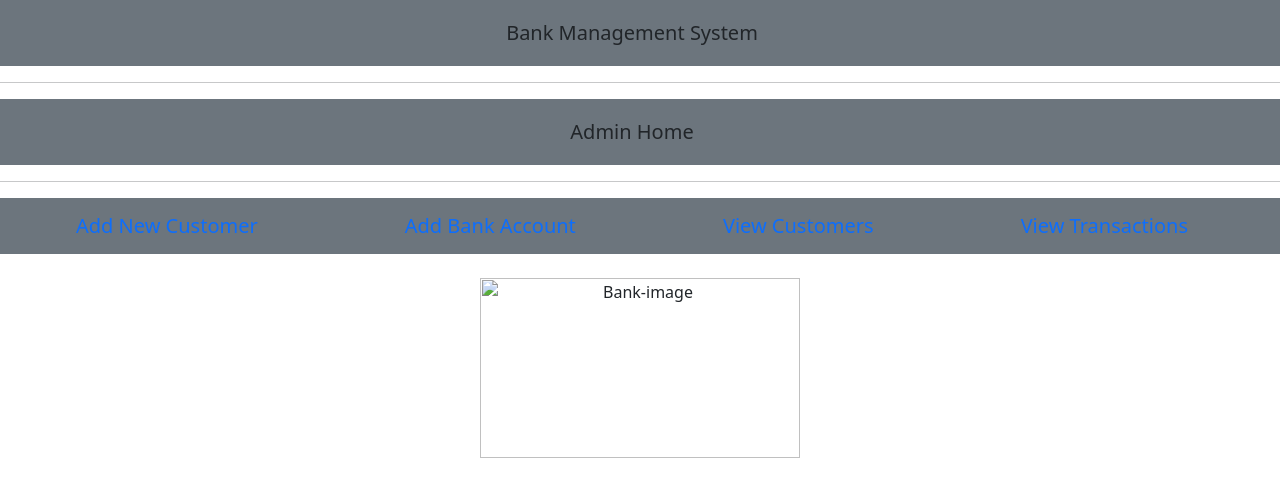
Repository: RMVLajaykumar/monojavaee
Page: http://localhost/13-bankapplication-demo/admin.jsp
These files come from the project's save history. The page is drawn as it stood at one moment and after the next save; the edit follows.
The browser window is 1280 px wide. The pictures show the whole page.
The page is served by Tomcat 9. Nobody is signed in. The application's start-up code is not run.

Above is the page before, as saved 2024-07-19 17:40:10.
Not found: 13-bankapplication-demo/13-bankapplication-demo/includes/bank.jpeg

After the next save:
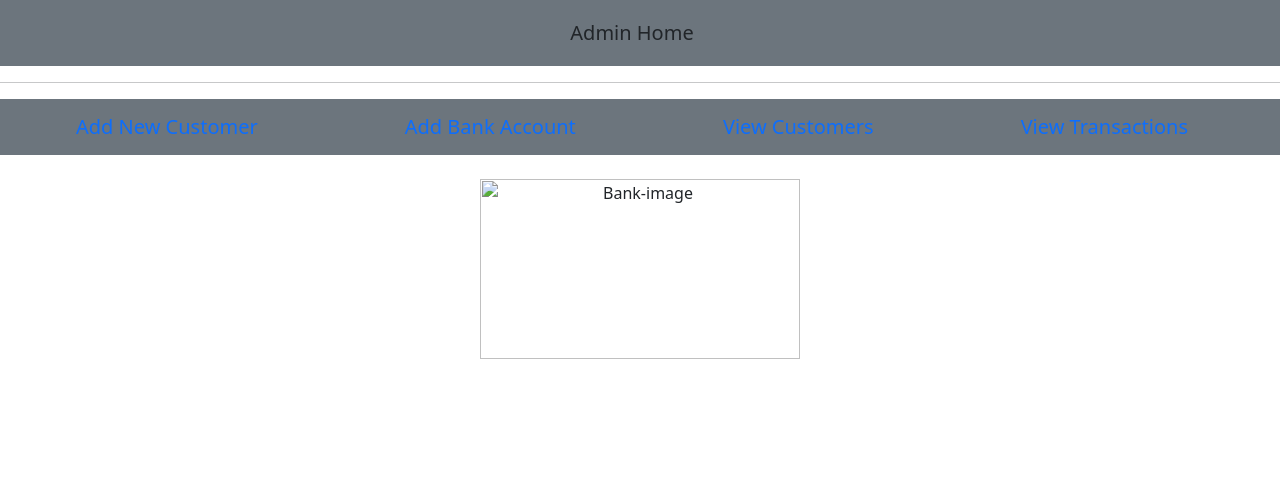
Saved 6 min 7 s later.
--- a/13-bankapplication-demo/WebContent/admin.jsp
+++ b/13-bankapplication-demo/WebContent/admin.jsp
@@ -13,14 +13,6 @@
 <title>Insert title here</title>
 </head>
 <body>
-  <nav class="navbar bg-secondary">
-    <div
-      class="container-fluid d-flex justify-content-center align-items-center">
-      <h1 class="navbar-brand my-2">Bank Management System</h1>
-    </div>
-  </nav>
-
-  <hr />
 
   <nav class="navbar bg-secondary">
     <div
